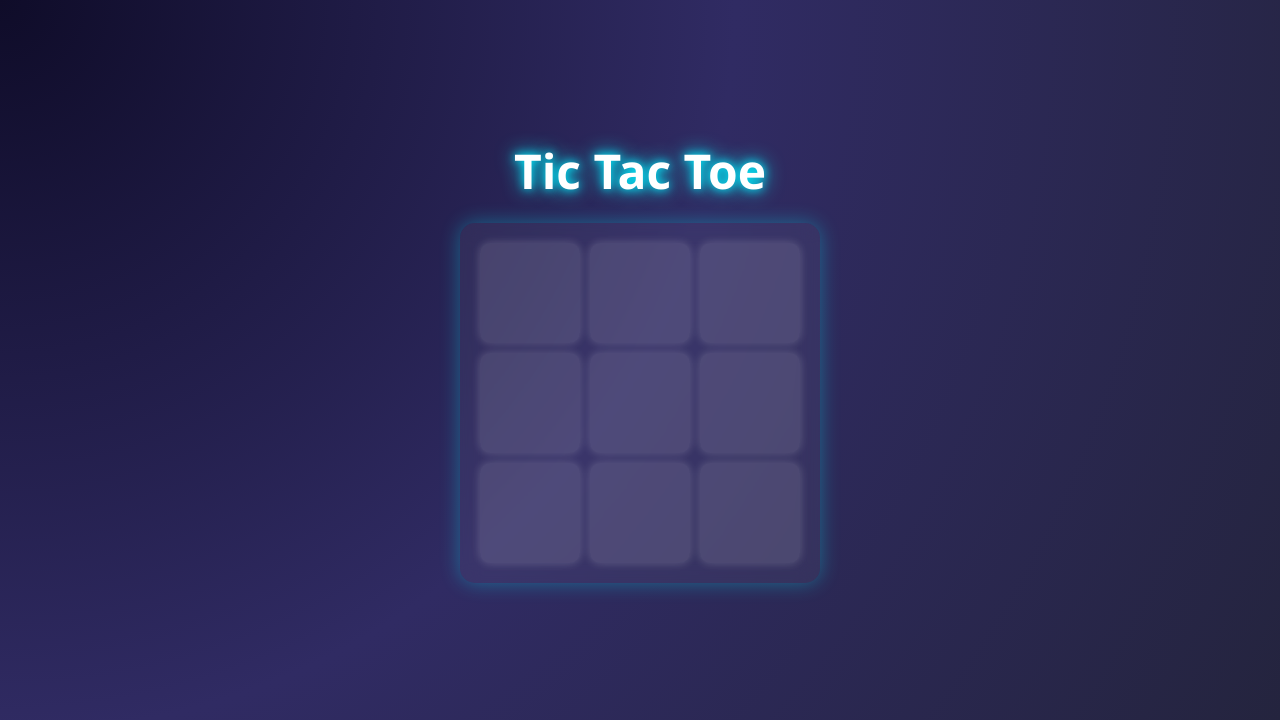
Repository: AreezAnsari/Tic-Tac-Toe
Page: Game/Game.html
These files come from the project's save history. The page is drawn as it stood at one moment and after the next save; the edit follows.
The browser window is 1280 px wide. The pictures show the whole page.

Above is the page before, as saved 2025-06-02 12:44:17.
Console error: TypeError: box.addEventListener is not a function

### Game/Game.html
<!DOCTYPE html>
<html lang="en">
<head>
    <meta charset="UTF-8">
    <meta name="viewport" content="width=device-width, initial-scale=1.0">
    <title>Document</title>
    <link rel="stylesheet" href="Game.css">
</head>
<body>

    <div class="msg-container hide">
        <p class="msg">Winner</p>
        <button class="new-btn">New Game</button>
    </div>
    <main>
        <h1>Tic Tac Toe</h1>
    <div class="container">
        <div class="line" id="win-line"></div>
        <div class="game">
        <button class="box"></button>
        <button class="box"></button>
        <button class="box"></button>
        <button class="box"></button>
        <button class="box"></button>
        <button class="box"></button>
        <button class="box"></button>
        <button class="box"></button>
        <button class="box"></button>
        </div>
        </div>
        <button class="reset-btn hide">Reset</button>
    </main>
    <script src="Game.js"></script>
</body>
</html>

### Game/Game.css
* {
    margin: 0;
    padding: 0;
    box-sizing: border-box;
}

body {
    background: radial-gradient(circle at top left, #0f0c29, #302b63, #24243e);
    font-family: 'Segoe UI', Tahoma, Geneva, Verdana, sans-serif;
    color: #fff;
    display: flex;
    flex-direction: column;
    align-items: center;
    justify-content: center;
    min-height: 100vh;
    text-align: center;
    overflow: hidden;
}

h1 {
    font-size: 3rem;
    color: #fff;
    text-shadow: 0 0 10px #00f0ff, 0 0 20px #00f0ff;
    margin-bottom: 20px;
}

.container {
    display: flex;
    justify-content: center;
    align-items: center;
}

.game {
    display: grid;
    grid-template-columns: repeat(3, 100px);
    gap: 10px;
    background: rgba(255, 255, 255, 0.05);
    padding: 20px;
    border-radius: 15px;
    box-shadow: 0 0 20px #00f0ff55;
    backdrop-filter: blur(10px);
}

.box {
    width: 100px;
    height: 100px;
    font-size: 3rem;
    font-weight: bold;
    border: none;
    border-radius: 10px;
    color: white;
    background: rgba(255, 255, 255, 0.1);
    cursor: pointer;
    transition: all 0.3s ease;
    position: relative;
    box-shadow: 0 0 10px #ffffff33;
}

.box.x {
    color: #ff6ec4;
    text-shadow: 0 0 10px #ff6ec4, 0 0 20px #ff6ec4;
}

.box.o {
    color: #00f0ff;
    text-shadow: 0 0 10px #00f0ff, 0 0 20px #00f0ff;
}

.box:hover {
    transform: scale(1.05);
}

.reset-btn,
.new-btn {
    margin-top: 20px;
    padding: 10px 20px;
    background: linear-gradient(to right, #ff416c, #ff4b2b);
    color: #fff;
    border: none;
    border-radius: 8px;
    font-size: 1rem;
    cursor: pointer;
    box-shadow: 0 0 10px #ff416c, 0 0 20px #ff4b2b;
    transition: 0.3s ease;
}

.reset-btn:hover,
.new-btn:hover {
    transform: scale(1.1);
    box-shadow: 0 0 20px #fff;
}

.msg-container {
    margin-top: 20px;
}

.msg {
    font-size: 2rem;
    color: #00f0ff;
    text-shadow: 0 0 10px #00f0ff, 0 0 20px #00f0ff;
}

.hide {
    display: none;
}

/* 🔷 Neon Winning Line */
.line {
    position: absolute;
    height: 5px;
    background: #00f0ff;
    box-shadow: 0 0 10px #00f0ff, 0 0 20px #00f0ff;
    transform-origin: center;
    z-index: 2;
}

### Game/Game.js
let box = document.querySelectorAll(".box");
let button = document.querySelector("button");
let container = document.querySelector(".container");

let value = "X";

const btn = () => {
  if (value === "X") {
    button.innerHTML = "Y";
    Value = "Y";
  } else {
    button.innerText = "X";
    Value = "X";
  }
};

box.addEventListener("click", btn);

After the next save:
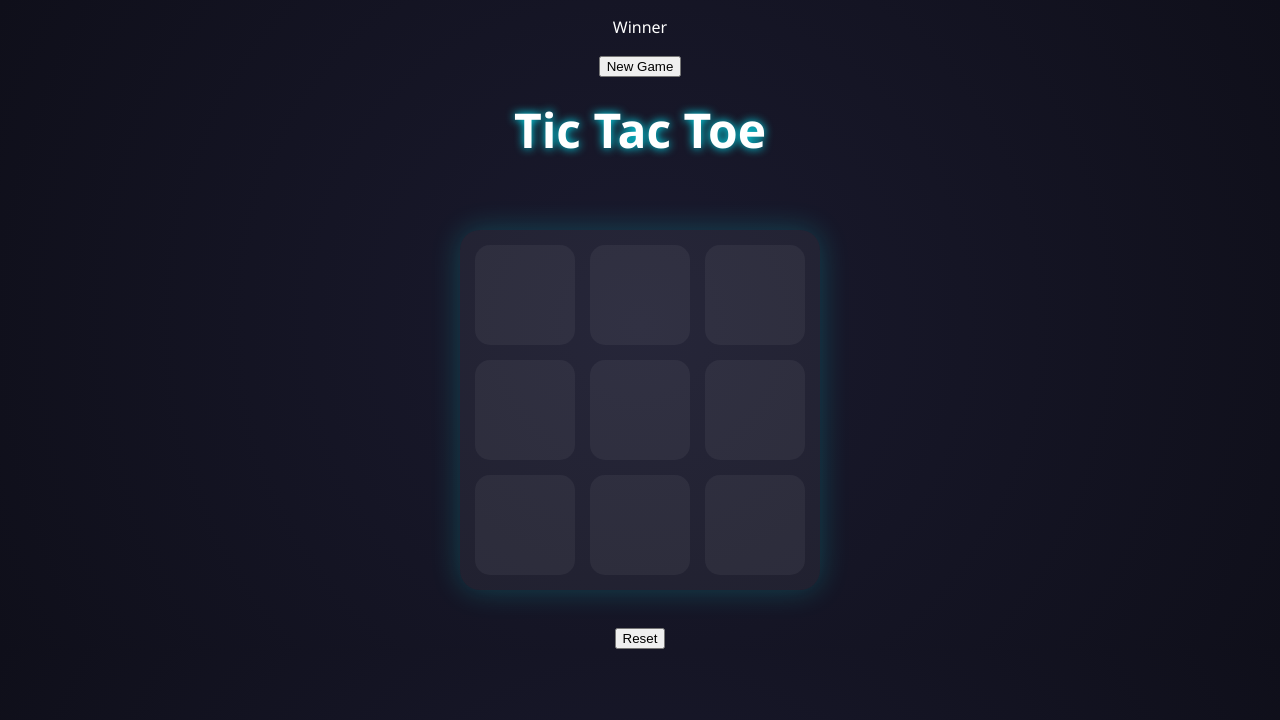
Saved 100 s later.
--- a/Game/Game.css
+++ b/Game/Game.css
@@ -1,115 +1,96 @@
-* {
+body {
+    background: radial-gradient(circle at center, #1a1a2e, #0f0f1a);
+    font-family: 'Segoe UI', sans-serif;
+    color: white;
+    text-align: center;
+    padding: 0;
     margin: 0;
-    padding: 0;
-    box-sizing: border-box;
-}
-
-body {
-    background: radial-gradient(circle at top left, #0f0c29, #302b63, #24243e);
-    font-family: 'Segoe UI', Tahoma, Geneva, Verdana, sans-serif;
-    color: #fff;
-    display: flex;
-    flex-direction: column;
-    align-items: center;
-    justify-content: center;
-    min-height: 100vh;
-    text-align: center;
-    overflow: hidden;
 }
 
 h1 {
+    margin-top: 20px;
     font-size: 3rem;
     color: #fff;
-    text-shadow: 0 0 10px #00f0ff, 0 0 20px #00f0ff;
-    margin-bottom: 20px;
+    text-shadow: 0 0 10px #00f0ff;
+}
+
+/* Player vs Computer text */
+.vs-info {
+    font-size: 1.5rem;
+    margin: 10px auto;
+}
+.vs-info span {
+    padding: 0 10px;
+}
+.player {
+    color: #00f0ff;
+    text-shadow: 0 0 5px #00f0ff;
+}
+.computer {
+    color: #ff4c4c;
+    text-shadow: 0 0 5px #ff4c4c;
 }
 
 .container {
     display: flex;
     justify-content: center;
     align-items: center;
+    height: 60vh;
 }
 
 .game {
     display: grid;
     grid-template-columns: repeat(3, 100px);
-    gap: 10px;
+    grid-gap: 15px;
     background: rgba(255, 255, 255, 0.05);
-    padding: 20px;
-    border-radius: 15px;
-    box-shadow: 0 0 20px #00f0ff55;
-    backdrop-filter: blur(10px);
+    padding: 15px;
+    border-radius: 20px;
+    box-shadow: 0 0 30px rgba(0, 255, 255, 0.2);
+    position: relative;
 }
 
 .box {
     width: 100px;
     height: 100px;
-    font-size: 3rem;
-    font-weight: bold;
+    font-size: 2.5rem;
     border: none;
-    border-radius: 10px;
+    border-radius: 15px;
+    background-color: rgba(255, 255, 255, 0.05);
     color: white;
-    background: rgba(255, 255, 255, 0.1);
     cursor: pointer;
-    transition: all 0.3s ease;
-    position: relative;
-    box-shadow: 0 0 10px #ffffff33;
+    text-shadow: 0 0 10px cyan;
+    transition: all 0.2s ease;
 }
 
 .box.x {
-    color: #ff6ec4;
-    text-shadow: 0 0 10px #ff6ec4, 0 0 20px #ff6ec4;
+    color: #ff4c4c;
+    text-shadow: 0 0 15px #ff4c4c;
 }
 
 .box.o {
     color: #00f0ff;
-    text-shadow: 0 0 10px #00f0ff, 0 0 20px #00f0ff;
+    text-shadow: 0 0 15px #00f0ff;
 }
 
 .box:hover {
+    background: rgba(255, 255, 255, 0.1);
     transform: scale(1.05);
 }
 
-.reset-btn,
-.new-btn {
-    margin-top: 20px;
-    padding: 10px 20px;
-    background: linear-gradient(to right, #ff416c, #ff4b2b);
-    color: #fff;
-    border: none;
-    border-radius: 8px;
-    font-size: 1rem;
-    cursor: pointer;
-    box-shadow: 0 0 10px #ff416c, 0 0 20px #ff4b2b;
-    transition: 0.3s ease;
-}
-
-.reset-btn:hover,
-.new-btn:hover {
-    transform: scale(1.1);
-    box-shadow: 0 0 20px #fff;
-}
-
-.msg-container {
-    margin-top: 20px;
-}
-
-.msg {
-    font-size: 2rem;
-    color: #00f0ff;
-    text-shadow: 0 0 10px #00f0ff, 0 0 20px #00f0ff;
-}
-
-.hide {
-    display: none;
-}
-
-/* 🔷 Neon Winning Line */
-.line {
+/* Winner glowing line */
+.win-line {
     position: absolute;
     height: 5px;
     background: #00f0ff;
-    box-shadow: 0 0 10px #00f0ff, 0 0 20px #00f0ff;
-    transform-origin: center;
-    z-index: 2;
+    box-shadow: 0 0 20px #00f0ff;
+    border-radius: 10px;
+    transform-origin: left center;
+    transform: scaleX(0);
+    animation: drawLine 0.5s ease forwards;
 }
+
+@keyframes drawLine {
+    to {
+        transform: scaleX(1);
+    }
+}
